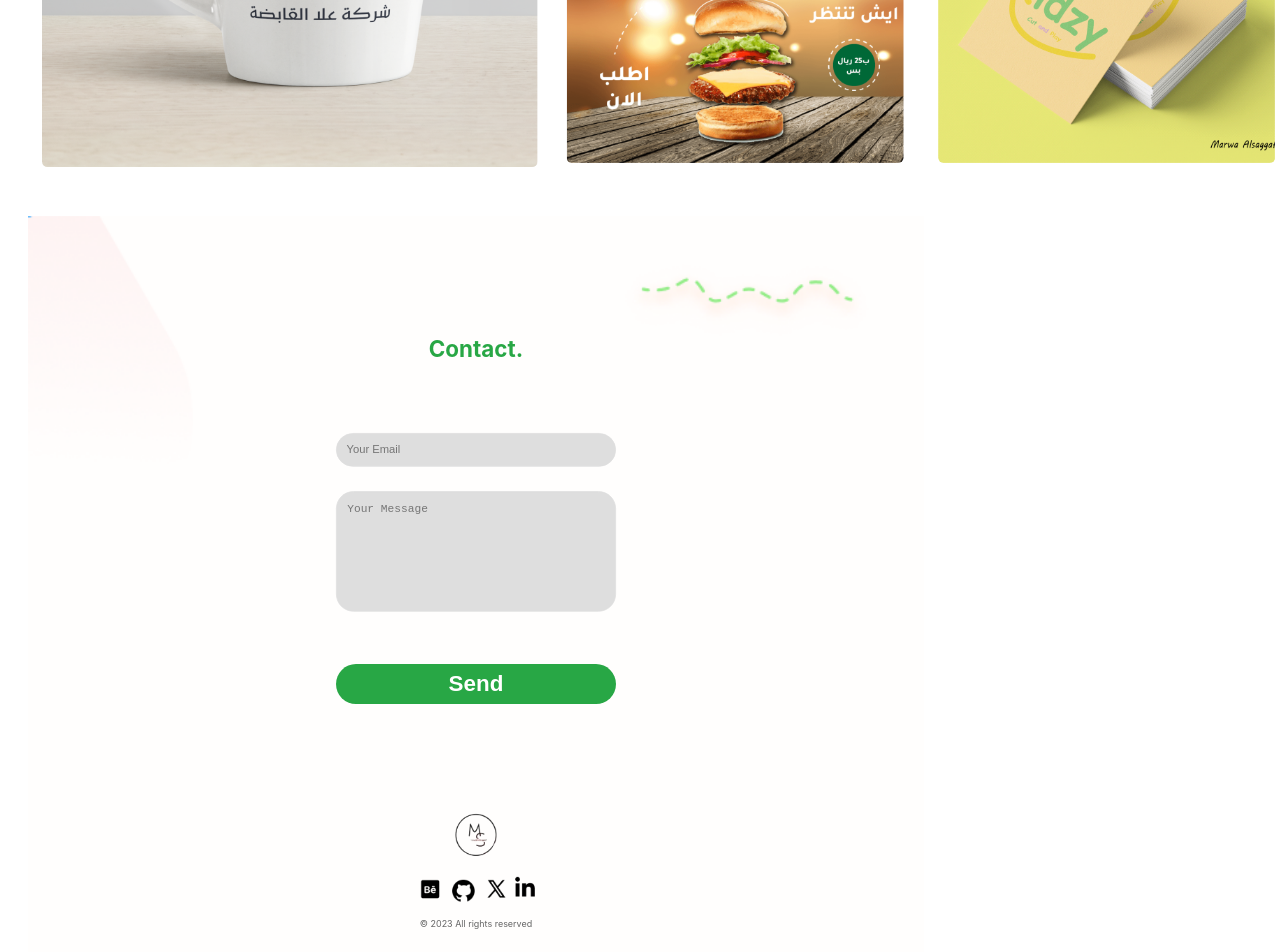
Repository: MEROO1010/Portfolio_00
Page: /about (app in portfolio_00/)
An editor plug-in stored every save of this project. The page is shown before and after the next save, followed by the edit.
The browser window is 1280 px wide. The page is 1822 px wide, so the pictures cover 1822 px, including what lies to the right of the window. The pictures show the part of the page from y = 3304 to 4664 px (the page is 4664 px tall), at 70% of full size.
The project was rebuilt for these pictures with package versions that can differ from the ones it lists, and the page was loaded fresh each time.

Above is the page before, as saved 2024-11-25 11:58:45.

### portfolio_00/src/App.jsx
import React from 'react';
import Header from './components/Header';
import About from './components/About';
import Services from './components/Services';
import Portfolio from './components/Portfolio';
import Contact from './components/Contact';
import Home from './components/Home';

function App() {
  return (
    <>
      <Header />
      <Home />
      <About />
      <Services />
      <Portfolio />
      <Contact />

    </>
  );
}

export default App;

### portfolio_00/src/features/counter/counterSlice.js
import { createAsyncThunk, createSlice } from '@reduxjs/toolkit';
import { fetchCount } from './counterAPI';

const initialState = {
  value: 0,
  status: 'idle',
};

// The function below is called a thunk and allows us to perform async logic. It
// can be dispatched like a regular action: `dispatch(incrementAsync(10))`. This
// will call the thunk with the `dispatch` function as the first argument. Async
// code can then be executed and other actions can be dispatched. Thunks are
// typically used to make async requests.
export const incrementAsync = createAsyncThunk(
  'counter/fetchCount',
  async (amount) => {
    const response = await fetchCount(amount);
    // The value we return becomes the `fulfilled` action payload
    return response.data;
  }
);

export const counterSlice = createSlice({
  name: 'counter',
  initialState,
  // The `reducers` field lets us define reducers and generate associated actions
  reducers: {
    increment: (state) => {
      // Redux Toolkit allows us to write "mutating" logic in reducers. It
      // doesn't actually mutate the state because it uses the Immer library,
      // which detects changes to a "draft state" and produces a brand new
      // immutable state based off those changes
      state.value += 1;
    },
    decrement: (state) => {
      state.value -= 1;
    },
    // Use the PayloadAction type to declare the contents of `action.payload`
    incrementByAmount: (state, action) => {
      state.value += action.payload;
    },
  },
  // The `extraReducers` field lets the slice handle actions defined elsewhere,
  // including actions generated by createAsyncThunk or in other slices.
  extraReducers: (builder) => {
    builder
      .addCase(incrementAsync.pending, (state) => {
        state.status = 'loading';
      })
      .addCase(incrementAsync.fulfilled, (state, action) => {
        state.status = 'idle';
        state.value += action.payload;
      });
  },
});

export const { increment, decrement, incrementByAmount } = counterSlice.actions;

// The function below is called a selector and allows us to select a value from
// the state. Selectors can also be defined inline where they're used instead of
// in the slice file. For example: `useSelector((state: RootState) => state.counter.value)`
export const selectCount = (state) => state.counter.value;

// We can also write thunks by hand, which may contain both sync and async logic.
// Here's an example of conditionally dispatching actions based on current state.
export const incrementIfOdd = (amount) => (dispatch, getState) => {
  const currentValue = selectCount(getState());
  if (currentValue % 2 === 1) {
    dispatch(incrementByAmount(amount));
  }
};

export default counterSlice.reducer;

### portfolio_00/src/components/Header.jsx
import React from 'react';
import styled from 'styled-components';
import ImageLogo from '../assets/white_logo.png';

const HeaderContainer = styled.header`
  display: flex;
  justify-content: space-between;
  align-items: center;
  padding: 20px 50px;
  background: #fff;
  box-shadow: 0 2px 5px rgba(0, 0, 0, 0.1);
`;

const Logo = styled.div`
  font-size: 1.5rem;
  font-weight: bold;
  color: #00b894;
`;

const Nav = styled.nav`
  ul {
    list-style: none;
    display: flex;
    gap: 20px;
  }

  li {
    cursor: pointer;
    color: #333;
    font-weight: 500;
    &:hover {
      color: #00b894;
    }
  }
`;

export default function Header() {
  return (
    <HeaderContainer>
      <Logo><img src={ImageLogo} alt="Description of image" /></Logo>
      <Nav>
        <ul>
          <li>Home</li>
          <li>About Me</li>
          <li>Services</li>
          <li>Portfolio</li>
          <li>Contact</li>
        </ul>
      </Nav>
    </HeaderContainer>
  );
}

### portfolio_00/src/components/About.jsx
import React from 'react';
import styled from 'styled-components';
import bg2 from "../assets/About_me_bg.png"

const Container = styled.div`
  display: flex;
  flex-direction: column;
  align-items: center;
  justify-content: center;
  height: 120vh;
  background-color: #f5f5f5;
  background-image: url(${bg2});
  background-position: center;
  background-size:cover;
`;

const Title = styled.h1`
  font-size: 3rem;
  font-weight: bold;
  margin-bottom: 2rem;
  padding-right:800px;
`;

const Description = styled.p`
  font-size: 2rem;
  line-height: 1.5;
  margin-bottom: 3rem;
  padding-right:800px;
`;

const ImageContainer = styled.div`
  img{
    display: flex;
  justify-content: center;
  align-items: center;
  width: 50%;
  margin: 0 auto;

  z-index: 1;
  }
`;







const About = () => {
  return (
    <Container>
      <Title>About Me</Title>
      <Description>
           My name is Marwah Alsaggaf, and I'm a <br/>software developer in<br/> JavaScript,python,flutter and PHP
           and<br/> graphic designer. I  <br/>
            graduated from Arab Open<br/>  University with a major in<br/>
             Information Technology and<br/> Computing
               </Description>
      <ImageContainer>


      </ImageContainer>
    </Container>
  );
};

export default About;

### portfolio_00/src/components/Services.jsx
import React from "react";
import styled from "styled-components";
import UI_UX from "../assets/UI_UX.png";
import programming from "../assets/Programming.png";
import webdesign from "../assets/web_design.png";
import graphic_design from "../assets/graphic_design.png";
import bg3 from "../assets/services_bg.png";

const Container = styled.div`
  display: flex;
  justify-content: center;
  align-items: center;
  flex-direction: column;
  background-image: url(${bg3});
  background-position: center;
  background-size:cover;
  height: 110vh;
  margin-bottom:20px;

`;

const Title = styled.h1`
  font-size: 3rem;
  font-weight: bold;
  margin-bottom: 20px;
`;

const Subtitle = styled.p`
  font-size: 32px;
  margin-bottom: 40px;
  p{
    text-align: center;
  }
`;

const ServicesContainer = styled.div`
  display: flex;
  justify-content: space-between;
  width: 80%;
  max-width: 1000px;
  margin: 0 auto;
`;

const ServiceCard = styled.div`
  background-color: white;
  border-radius: 10px;
  padding: 80px;
  box-shadow: 0 2px 4px rgba(0, 0, 0, 0.1);
  text-align: center;
  width: 400px;
  height:230px;
  margin-right: 40px;
  right:200px;;
  position:relative;
  justify-content:space-around;
`;



const ServiceTitle = styled.h3`
  font-size: 1.5rem;
  font-weight: bold;
  margin-bottom: 10px;
`;

const Services = () => {
  return (
    <Container>
      <Title>Services</Title>
      <Subtitle>
        Our team members are experts in all facets of the design industry
        including: print<br/> <p>design, illustration, branding, identity and more.</p>
      </Subtitle>
      <ServicesContainer>
        <ServiceCard>
          <img src={UI_UX} alt="" />
          <ServiceTitle>UI/UX Design</ServiceTitle>
        </ServiceCard>
        <ServiceCard>
          <img src={programming} alt="" />
          <ServiceTitle>Programming</ServiceTitle>
        </ServiceCard>
        <ServiceCard>
          <img src={webdesign} alt="" />
          <ServiceTitle>Web Design</ServiceTitle>
        </ServiceCard>
        <ServiceCard>
          <img src={graphic_design} alt="" />
          <ServiceTitle>Graphic Design</ServiceTitle>
        </ServiceCard>
      </ServicesContainer>
    </Container>
  );
};

export default Services;

### portfolio_00/src/components/Portfolio.jsx
import React from 'react';
import styled from 'styled-components';
import Mug from "../assets/cup.png";
import App_design from "../assets/app_design.png";
import Tea from "../assets/tea.png";
import Card_design from "../assets/card_design.png";
import Burger_ads from "../assets/burger_Ads.png";

export const PortfolioContainer = styled.div`
  padding: 20px;
  text-align: center;
`;

export const Header = styled.h1`
  font-size: 2.5rem;
  color: #333;

  span {
    color: #28a745; /* Green color */
  }
`;

export const GridContainer = styled.div`
  width: 1900;
   height: 862;
   position: 'relative';
`;

export const PortfolioItem = styled.div`
  background-color: #f9f9f9;

  border-radius: 8px;
  box-shadow: 0 4px 6px rgba(0, 0, 0, 0.1);
  text-align: center;
`;

export const Image = styled.img`
  max-width: 100%;
  border-radius: 8px;
  transition: transform 0.2s;

  &:hover {
    transform: scale(1.05);
  }
`;


const Portfolio = () => {
  return (
    <PortfolioContainer>
      <Header>Our Regular Updated <span><br/>Portfolio.</span></Header>
      <GridContainer style={{width: 1802, height: 900, position: 'relative'}}>
        <PortfolioItem>
          <Image src={Mug} alt="Mug Design" height={200} style={{width: 708, height: 850, left: 40, top: 0, position: 'absolute'}}/>
        </PortfolioItem>
        <PortfolioItem>
          <Image src={App_design} style={{width: 482.12, height: 406.70, left: 1319.88, top: 4, position: 'absolute'}} alt="Mobile App Mockup" />
        </PortfolioItem>
        <PortfolioItem>
          <Image src={Tea} style={{width: 482.12, height: 406.70, left: 789.31, top: 4, position: 'absolute'}} alt="Tea Package" />
        </PortfolioItem>
        <PortfolioItem>
          <Image src={Card_design} style={{width: 482.12, height: 404.14, left: 1319.88, top: 440, position: 'absolute'}}alt="Kidzy Logo" />
        </PortfolioItem>
        <PortfolioItem>
          <Image src={Burger_ads}style={{width: 482.12, height: 404.14, left: 789.31, top: 440, position: 'absolute'}} alt="Burger Ad" />
        </PortfolioItem>
      </GridContainer>
    </PortfolioContainer>
  );
};

export default Portfolio;

### portfolio_00/src/components/Contact.jsx
import React, { useState } from 'react';
import styled from 'styled-components';
import axios from 'axios'; // For backend integration
import Behance from "../assets/Behance.png";
import Github from "../assets/GitHub.png";
import X from "../assets/X.png";
import LinkedIn from "../assets/LinkedIn.png"
import ImageLogo from '../assets/white_logo.png';
import ContactBG from '../assets/contactBG.png';


export const ContactContainer = styled.div`
  display: flex;
  flex-direction: column;
  align-items: center;
  padding: 20px;
  background-image: url(${ContactBG});
  background-size: cover;
  height: 100%;
  position: relative;
  left:40px;
`;

export const ContactTitle = styled.h1`
  font-size: 2rem;
  color: #333;
  position: relative;
  margin-top:150px;
  span {
    color: #28a745; /* Green color */
  }
`;

export const Form = styled.form`
  display: flex;
  flex-direction: column;
  gap: 15px;
  width: 100%;
  max-width: 400px;
  position: relative;
  margin-top:40px;
`;

export const Input = styled.input`
  padding: 14px;
  border: 1px solid #DEDEDE;
  border-radius: 25px;
  font-size: 1rem;
  outline: none;
  background-color:#DEDEDE;
  position: relative;
  margin-top:40px;

  &:focus {
    border-color: #28a745;
  }
`;

export const Textarea = styled.textarea`
  padding: 15px;
  border: 1px solid #DEDEDE;
  border-radius: 25px;
  font-size: 1rem;
  resize: none;
  outline: none;
  background-color:#DEDEDE;
  position: relative;
  margin-top:20px;
  height:140px;

  &:focus {
    border-color: #28a745;
  }
`;

export const Button = styled.button`
  padding: 10px 20px;
  background-color: #28a745;
  color: #fff;
  border: none;
  border-radius: 30px;
  font-size: 2rem;
  font-weight:bold;
  cursor: pointer;
  transition: background-color 0.3s;
  position: relative;
  margin-top:60px;

  &:hover {
    background-color: #218838;
  }
`;

export const StatusMessage = styled.div`
  margin-top: 10px;
  font-size: 0.9rem;
  color: #333;
`;

export const Footer = styled.footer`
  margin-top: 20px;
  text-align: center;
  position: relative;
  margin-top:150px;
`;

export const Logo = styled.div`
  font-size: 2rem;
  font-weight: bold;
  margin-bottom: 10px;
`;

export const SocialIcons = styled.div`
  display: flex;
  justify-content: center;
  gap: 10px;
  margin-bottom: 10px;
`;

export const Icon = styled.a`
  font-size: 1.5rem;
  color: #333;
  text-decoration: none;

  &:hover {
    color: #28a745;
  }
`;

export const Copyright = styled.p`
  font-size: 0.8rem;
  color: #666;
`;


const Contact = () => {
  const [email, setEmail] = useState('');
  const [message, setMessage] = useState('');
  const [status, setStatus] = useState('');

  const handleSubmit = async (e) => {
    e.preventDefault();

    try {
      const response = await axios.post('http://localhost:5000/api/contact', {
        email,
        message,
      });
      setStatus(response.data.message);
      setEmail('');
      setMessage('');
    } catch (error) {
      setStatus('Failed to send message. Try again later.');
    }
  };

  return (
    <ContactContainer>
      <ContactTitle>
        <span>Contact.</span>
      </ContactTitle>
      <Form onSubmit={handleSubmit}>
        <Input
          type="email"
          placeholder="Your Email"
          value={email}
          onChange={(e) => setEmail(e.target.value)}
          required
        />
        <Textarea
          placeholder="Your Message"
          value={message}
          onChange={(e) => setMessage(e.target.value)}
          required
        />
        <Button type="submit">Send</Button>
      </Form>
      {status && <StatusMessage>{status}</StatusMessage>}
      <Footer>
        <Logo><img src={ImageLogo} alt="Description of image" /></Logo>
        <SocialIcons>
          <Icon href="https://www.behance.net/merooalsaggaf" target="_blank"><img src={Behance} alt=""/></Icon>
          <Icon href="https://github.com/MEROO1010" target="_blank"><img src={Github} alt=""/></Icon>
          <Icon href="https://x.com/meroo_alsaggaf" target="_blank"><img src={X} alt=""/></Icon>
          <Icon href="https://www.linkedin.com/in/marwah-alsaggaf-ba44011b2/" target="_blank"><img src={LinkedIn} alt=""/></Icon>
        </SocialIcons>
        <Copyright>© 2023 All rights reserved</Copyright>
      </Footer>
    </ContactContainer>
  );
};

export default Contact;

### portfolio_00/src/components/Home.jsx
import React from 'react';
import styled from 'styled-components';
import Behance from "../assets/Behance.png";
import Github from "../assets/GitHub.png";
import X from "../assets/X.png";
import LinkedIn from "../assets/LinkedIn.png"
import BG from "../assets/BG_HomePage.png"
const Container = styled.div`
  display: flex;
  flex-direction: column;
  align-items: center;
  justify-content: center;
  height: 100vh;
  background-image: url(${BG});
`;
const Title = styled.h1`
  font-size: 3em;
  font-weight: bold;
  color: #3BB873;
  margin-bottom: 20px;
  margin-right:800px;
`;
const Subtitle = styled.h2`
  font-size: 2em;
  font-weight: normal;
  color: #000;
  margin-bottom: 20px;
  margin-right:800px;
`;
const SocialLinks = styled.div`
  display: flex;
  gap: 1em;
  margin-bottom: 20px;
  margin-right:800px;
`;
const SocialLink = styled.a`
  display: flex;
  align-items: center;
  justify-content: center;
  width: 3em;
  height: 3em;



  color: #000;
  text-decoration: none;
  &:hover {
    background-color: #ddd;
    border-radius: 50%;
    box-shadow: 0 2px 4px rgba(0, 0, 0, 0.1);
  }
`;
const Button = styled.button`
  background-color: #3BB873;
  color: #fff;
  padding: 1em 2em;
  border: none;
  border-radius: 5px;
  font-size: 1em;
  cursor: pointer;
  margin-bottom: 100px;
  margin-right:800px;
`;
const Home = () => {
  return (
    <Container>
      <Title>Hello! I'm</Title>
      <Title>Marwah Alsaggaf</Title>
      <Subtitle>Graphic Designer &</Subtitle>
      <Subtitle>Full-stack Developer</Subtitle>
      <SocialLinks>
        <SocialLink href="https://www.behance.net/merooalsaggaf" target="_blank">
          <span><img src={Behance} alt=""/></span>
        </SocialLink>
        <SocialLink href="https://github.com/MEROO1010" target="_blank">
          <span><img src={Github} alt=""/></span>
        </SocialLink>
        <SocialLink href="https://x.com/meroo_alsaggaf" target="_blank">
          <span><img src={X} alt=""/></span>
        </SocialLink>
        <SocialLink href="https://www.linkedin.com/in/marwah-alsaggaf-ba44011b2/" target="_blank">
          <span><img src={LinkedIn} alt=""/></span>
        </SocialLink>
      </SocialLinks>
      <Button>Contact Me</Button>
    </Container>
  );
};
export default Home;

Loaded but not shown: portfolio_00/public/index.html (common file); portfolio_00/src/index.js (common file); portfolio_00/src/app/store.js (common file); portfolio_00/src/reportWebVitals.js (common file); portfolio_00/src/index.css (common file); portfolio_00/src/features/counter/counterAPI.js (common file)

After the next save:
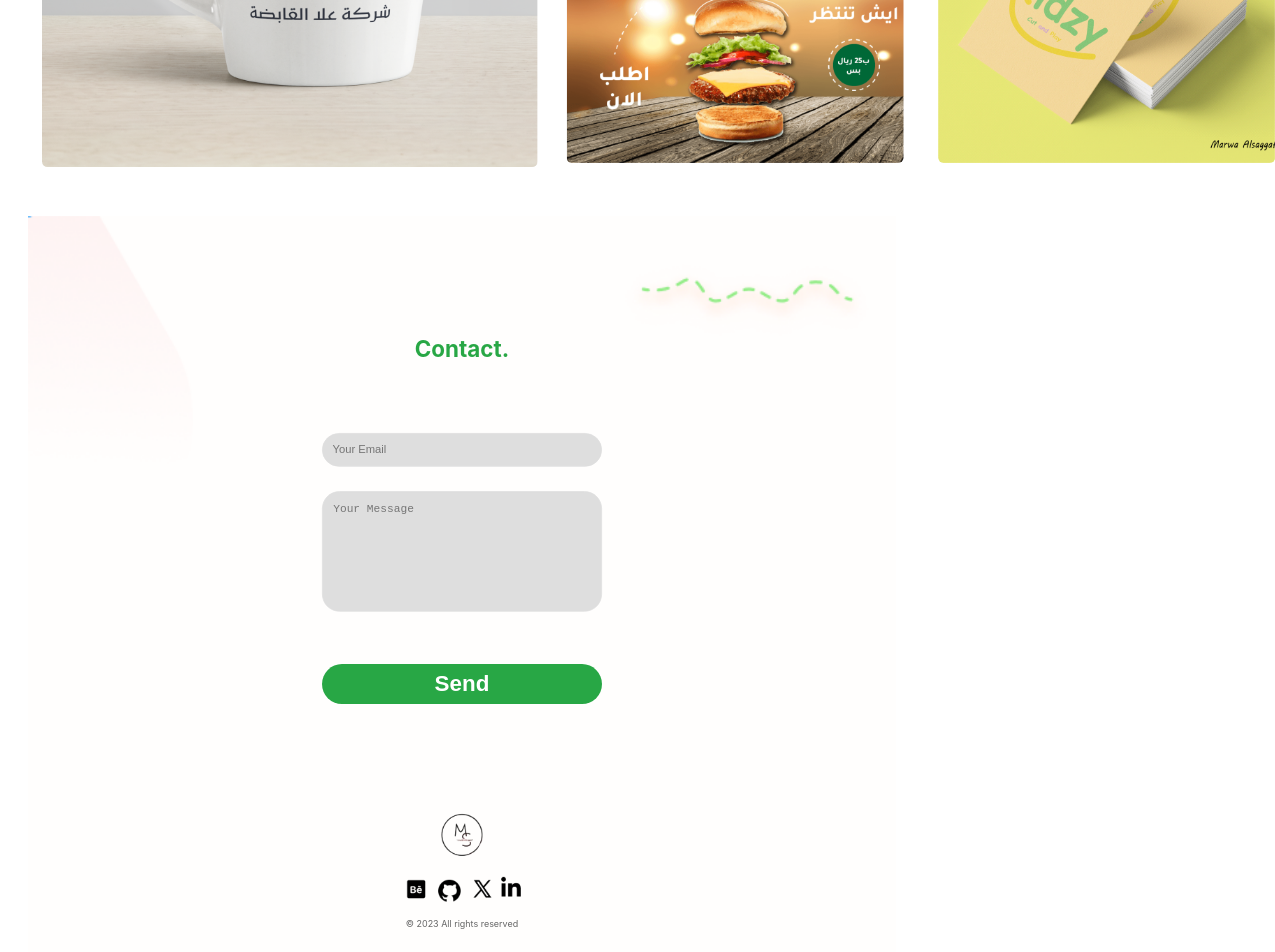
Saved 34 s later.
--- a/portfolio_00/src/components/Contact.jsx
+++ b/portfolio_00/src/components/Contact.jsx
@@ -18,7 +18,7 @@ export const ContactContainer = styled.div`
   background-size: cover;
   height: 100%;
   position: relative;
-  left:40px;
+  margin-left:40px;
 `;
 
 export const ContactTitle = styled.h1`
